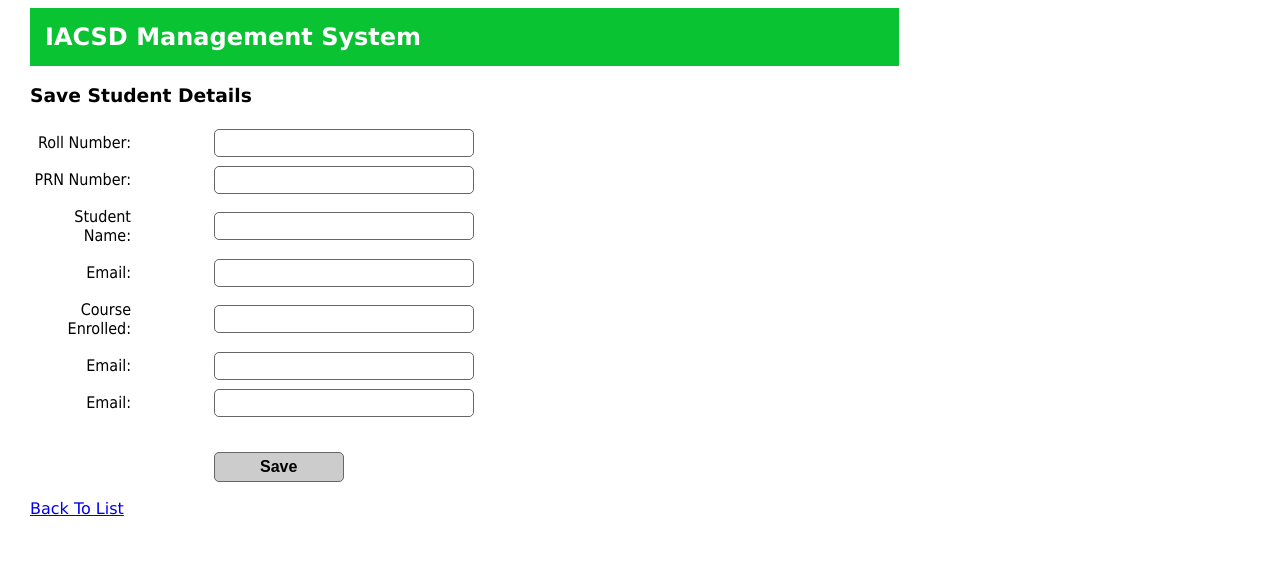
Repository: vsc8791/IMS
Page: http://localhost/web-customer-tracker/WEB-INF/view/student-form.jsp
The author's editor kept a copy of each file at every save. The page is drawn from the files as they stood at one save, then again after the next save.
The browser window is 1280 px wide. The pictures show the whole page.
The page is served by Tomcat 9. Nobody is signed in. Other server files are loaded and not shown. The template is opened directly, without the code that normally fills it, so the values that code supplies are empty.

Above is the page before, as saved 2018-07-25 08:28:48.

### web-customer-tracker/WebContent/WEB-INF/view/student-form.jsp
 <%@ taglib prefix="form" uri="http://www.springframework.org/tags/form"%>
<!DOCTYPE html>
<html>
<head>

<title>Save Student</title>
<link type="text/css" rel="stylesheet"
	href="${pageContext.request.contextPath}/resources/css/style.css">

<title>Save Student</title>
<link type="text/css" rel="stylesheet"
	href="${pageContext.request.contextPath}/resources/css/add-customer-style.css">
</head>
<body>
	<div id="wrapper">
		<div id="header">
			<h2>IACSD Management System</h2>
		</div>
	</div>
	<div>
		<h3>Save Student Details</h3>
		<form:form action="saveStudent" modelAttribute="Student"
			method="POST">
			<!-- need to associate this data with Student Id -->
			<form:hidden path="id"/>

			<table>
				<tbody>
				<tr>
						<td><label>Roll Number:</label></td>
						<td><form:input path="roll_number" /></td>
					</tr>

					<tr>
						<td><label>PRN Number:</label></td>
						<td><form:input path="prn_number" /></td>
					</tr>
					<tr>
						<td><label>Student Name:</label></td>
						<td><form:input path="studentName" /></td>
					</tr>
					<tr>
						<td><label>Email:</label></td>
						<td><form:input path="email" /></td>
					</tr>
					<tr>
						<td><label>Course Enrolled:</label></td>
						<td><form:input path="course_enrolled" /></td>
					</tr>
					<tr>
						<td><label>Email:</label></td>
						<td><form:input path="degree_course" /></td>
					</tr>
					<tr>
						<td><label>Email:</label></td>
						<td><form:input path="email" /></td>
					</tr>
					<tr>
						<td><label></label></td>
						<td><input type="submit" value="Save" class="save" /></td>
					</tr>
				</tbody>
			</table>
		</form:form>
		<div style="clear;both;"></div>
		<p><a href="${pageContext.request.contextPath}/Student/list">Back To List</a></p>
	</div>

</body>


</html>

### web-customer-tracker/WebContent/resources/css/style.css
html, body{
	margin-left:15px; margin-right:15px;
	padding:0px;
	font-family:Verdana, Arial, Helvetica, sans-serif;
}

table {
	border-collapse:collapse;
	border-bottom:1px solid gray;
	font-family: Tahoma,Verdana,Segoe,sans-serif;
	width:72%;
}

th {
	border-bottom:1px solid gray;
	background:none repeat scroll 0 0 #09c332;
	padding:10px;
	color: #FFFFFF;
}

tr {
	border-top:1px solid gray;
	text-align:center;
}

tr:nth-child(even) {background: #FFFFFF}
tr:nth-child(odd) {background: #BBBBBB}

#wrapper {width: 100%; margin-top: 0px; }
#header {width: 70%; background:#09c332; margin-top: 0px; padding:15px 0px 15px 15px;}
#header h2 {width: 100%; margin:auto; color: #FFFFFF;}
#container {width: 100%; margin:auto}
#container h3 {color: #000;}
#container #content {margin-top: 20px;}

.add-button {
	border: 1px solid #666;
	border-radius: 5px;
	padding: 4px;
	font-size: 12px;
	font-weight: bold;
	width: 120px;
	padding: 5px 10px;

	margin-bottom: 15px;
	background: #cccccc;
}

Loaded but not shown: web-customer-tracker/WebContent/resources/css/add-customer-style.css (common file)

After the next save:
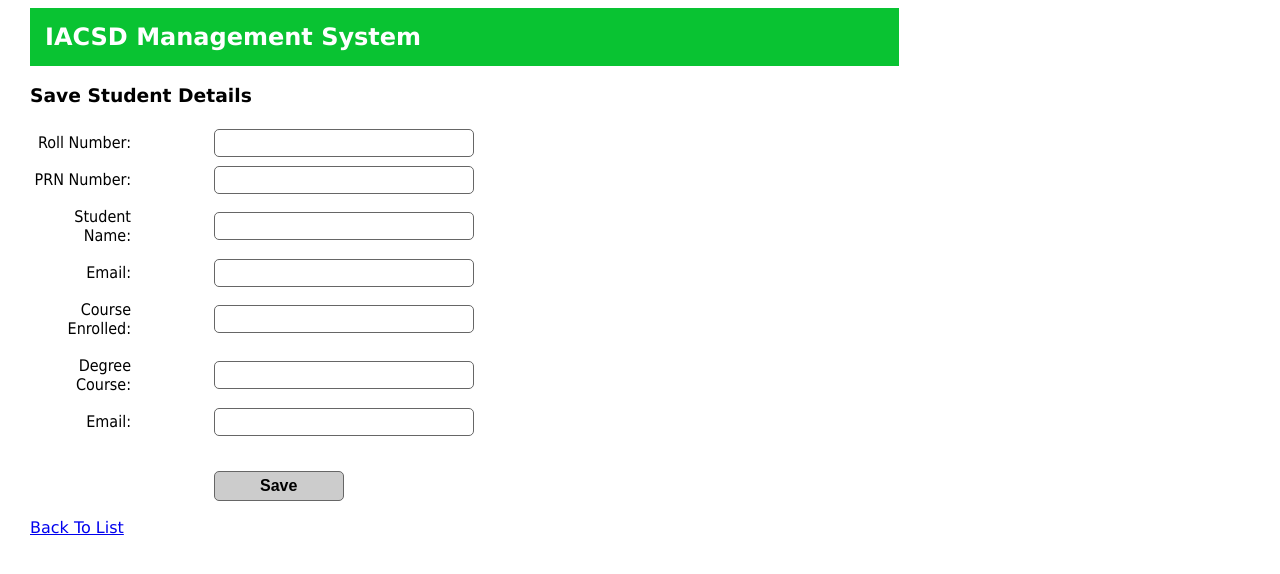
Saved 30 s later.
--- a/web-customer-tracker/WebContent/WEB-INF/view/student-form.jsp
+++ b/web-customer-tracker/WebContent/WEB-INF/view/student-form.jsp
@@ -48,12 +48,12 @@
 						<td><form:input path="course_enrolled" /></td>
 					</tr>
 					<tr>
-						<td><label>Email:</label></td>
+						<td><label>Degree Course:</label></td>
 						<td><form:input path="degree_course" /></td>
 					</tr>
 					<tr>
 						<td><label>Email:</label></td>
-						<td><form:input path="email" /></td>
+						<td><form:input path="aggregate" /></td>
 					</tr>
 					<tr>
 						<td><label></label></td>
